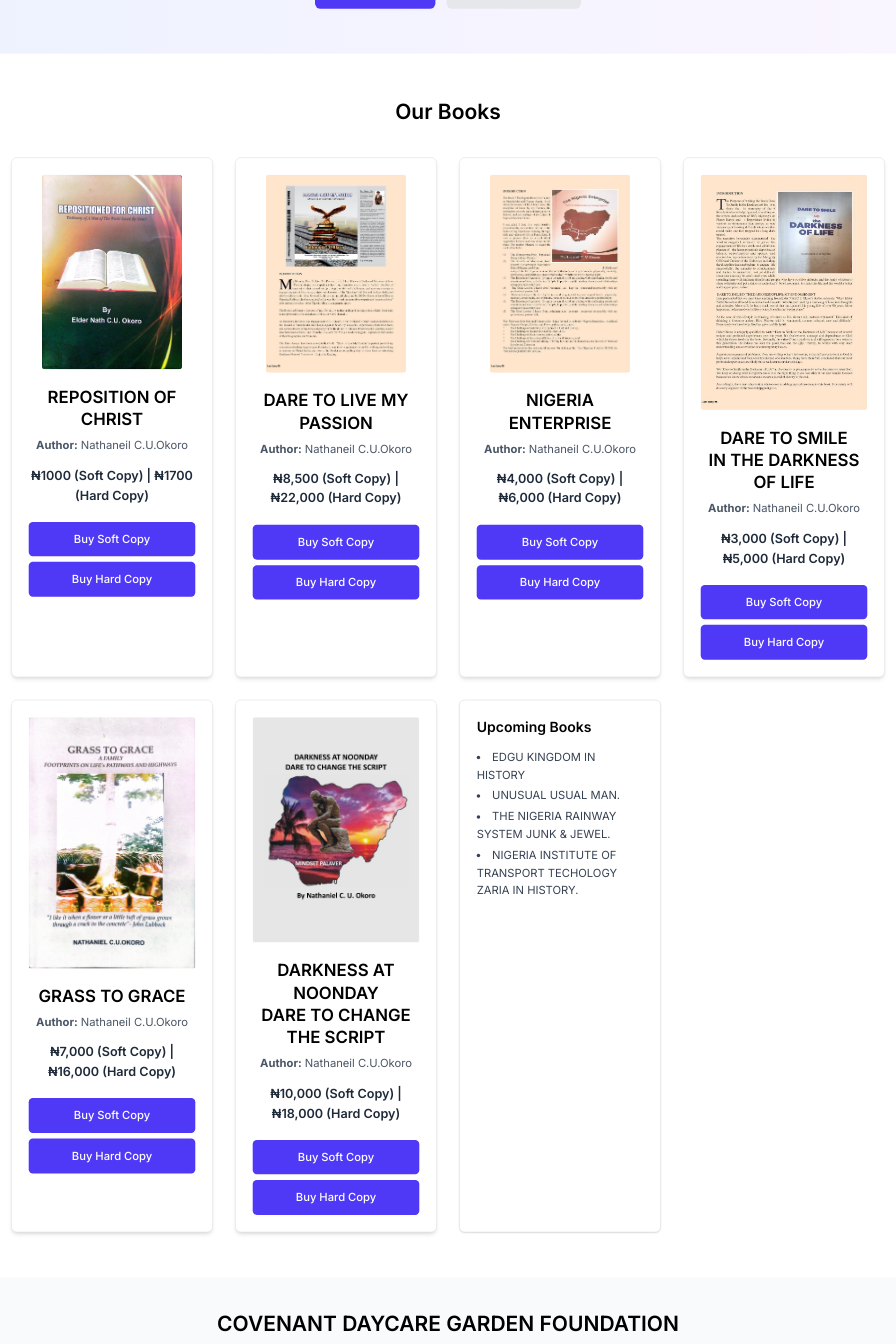
Repository: Rickyy1017/online-bookstore
Page: / (app in frontend/)
An editor plug-in stored every save of this project. The page is shown before and after the next save, followed by the edit.
The browser window is 1280 px wide. The pictures show the part of the page from y = 371 to 2291 px (the page is 3693 px tall before and 3639 px after), at 70% of full size.
The project was rebuilt for these pictures with package versions that can differ from the ones it lists, and the page was loaded fresh each time. The framework's server and built-in components were replaced by stand-ins that run in the browser. Also part of the build but not shown: frontend/next.config.ts.

Above is the page before, as saved 2025-10-09 23:29:11.

After the next save:
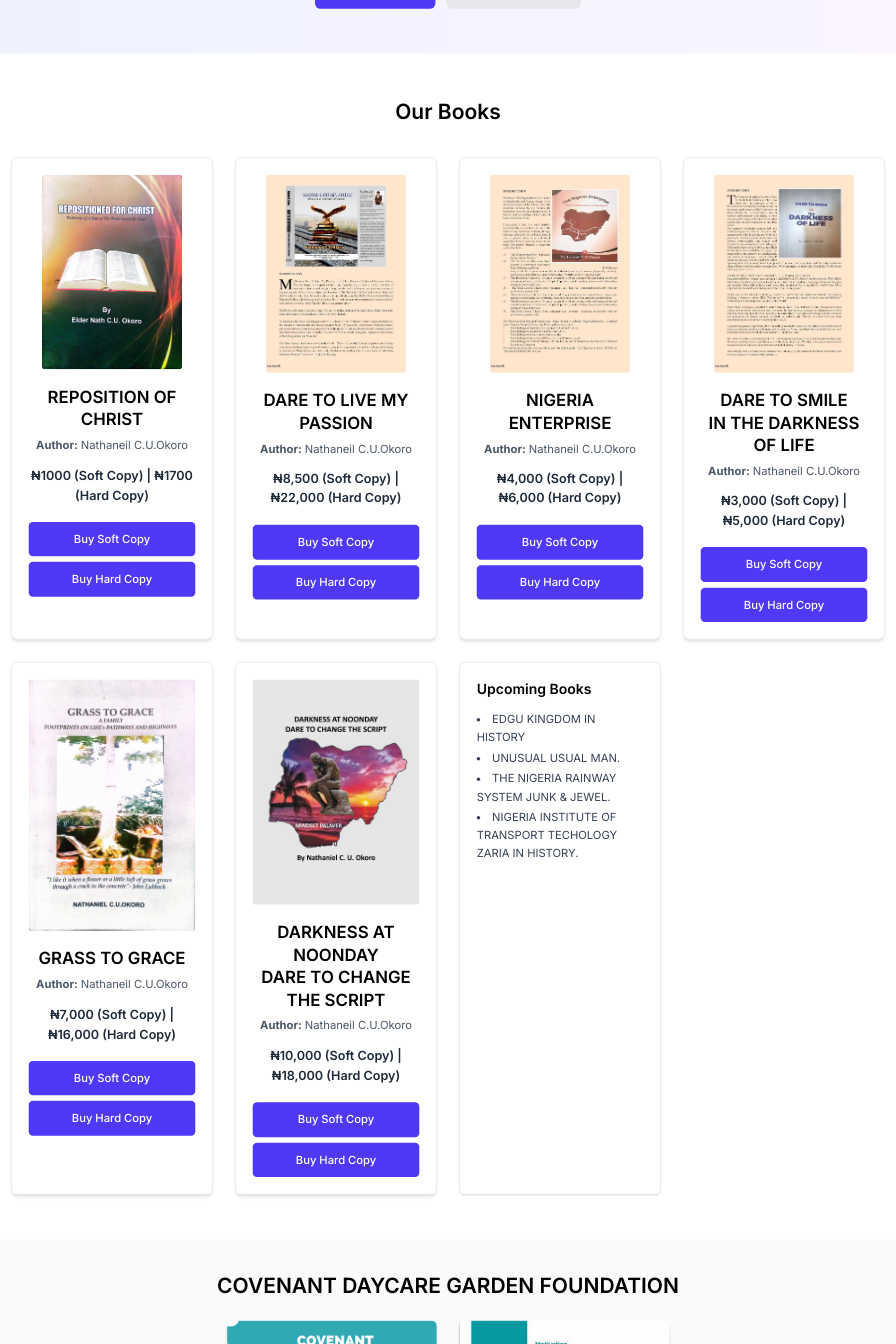
Saved 10 s later.
--- a/frontend/app/page.tsx
+++ b/frontend/app/page.tsx
@@ -111,8 +111,8 @@ export default function Page() {
           </div>
         </div>
 
-        <div className="bg-white border border-gray-200 rounded-lg p-6 shadow-md hover:shadow-lg transition-shadow">
-          <Image src="/images/dare.jpg" alt="DARE TO SMILE IN THE DARKNESS OF LIFE" width={250} height={350} className="mx-auto mb-6 rounded" />
+        <div className="bg-white border border-gray-200 rounded-lg p-6 shadow-md">
+          <Image src="/images/dare.jpg" alt="DARE TO SMILE IN THE DARKNESS OF LIFE" width={200} height={300} className="mx-auto mb-6 rounded" />
           <h3 className="text-2xl font-bold text-gray-900 mb-2 text-center">DARE TO SMILE <br /> IN THE DARKNESS OF LIFE</h3>
           <p className="text-gray-600 text-center mb-4"><b>Author:</b> Nathaneil C.U.Okoro</p>
           <div className="text-center mb-6">
